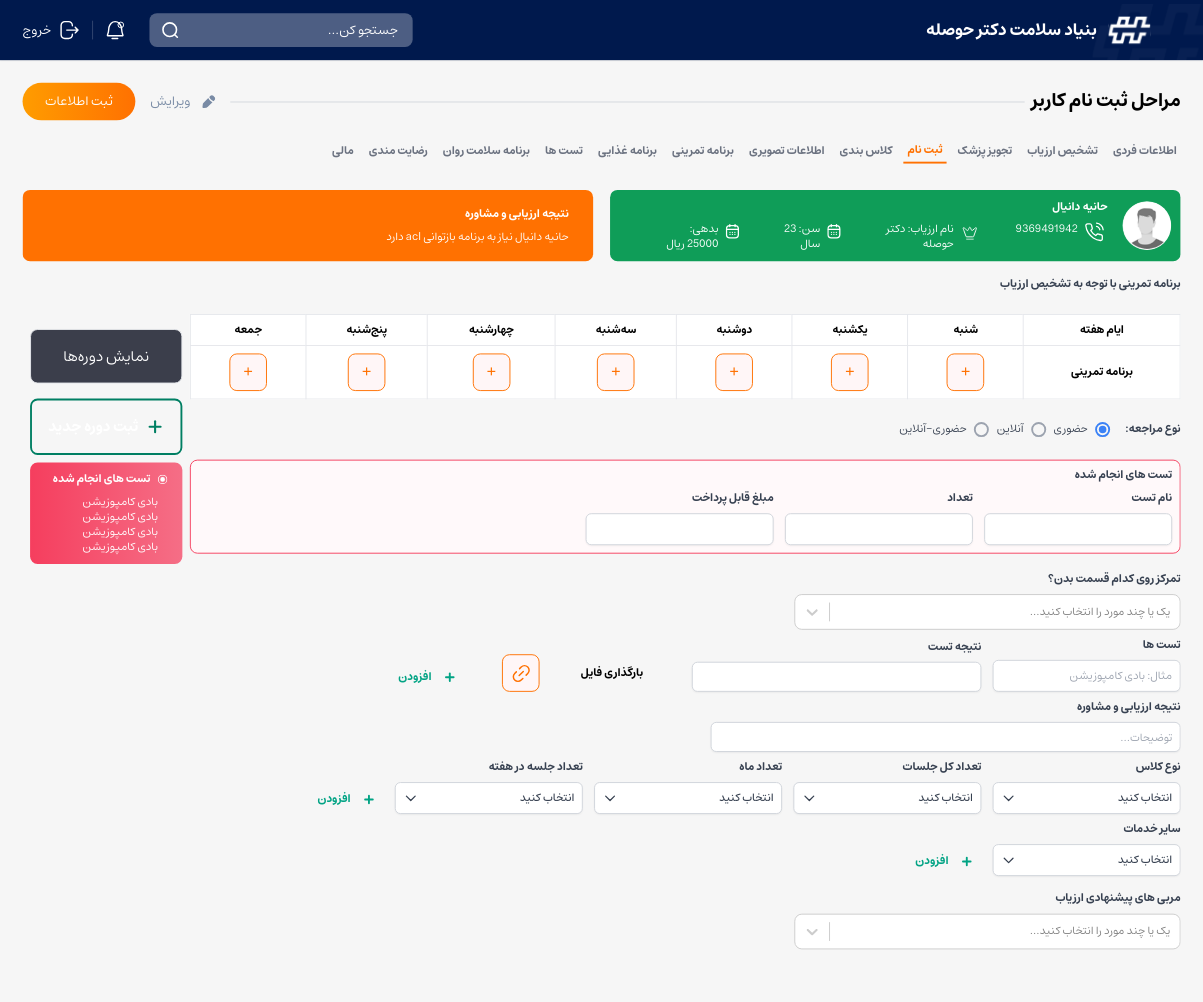
Repository: mirnajafi/ERP_hoseleh_V1.0
Page: /register, after clicking the first element matching `div.flex > :nth-child(4)`
An editor plug-in stored every save of this project. The page is shown before and after a run of saves, followed by the edit.
The browser window is 1280 px wide. The pictures show the whole page, at 94% of full size.
Some web fonts or font styles are not loaded; a fallback is used. The project was rebuilt for these pictures with package versions that can differ from the ones it lists, and the page was loaded fresh each time. The framework's server and built-in components were replaced by stand-ins that run in the browser. Also part of the build but not shown: next.config.mjs, src/components/icons/trash.tsx, src/components/weekTable/weekTable.css, src/components/icons/copy.tsx, src/components/recognitionEvaluator/recognitionEvaluator.tsx.

Above is the page before, as saved 2025-02-28 23:50:03.

After the next 2 saves:
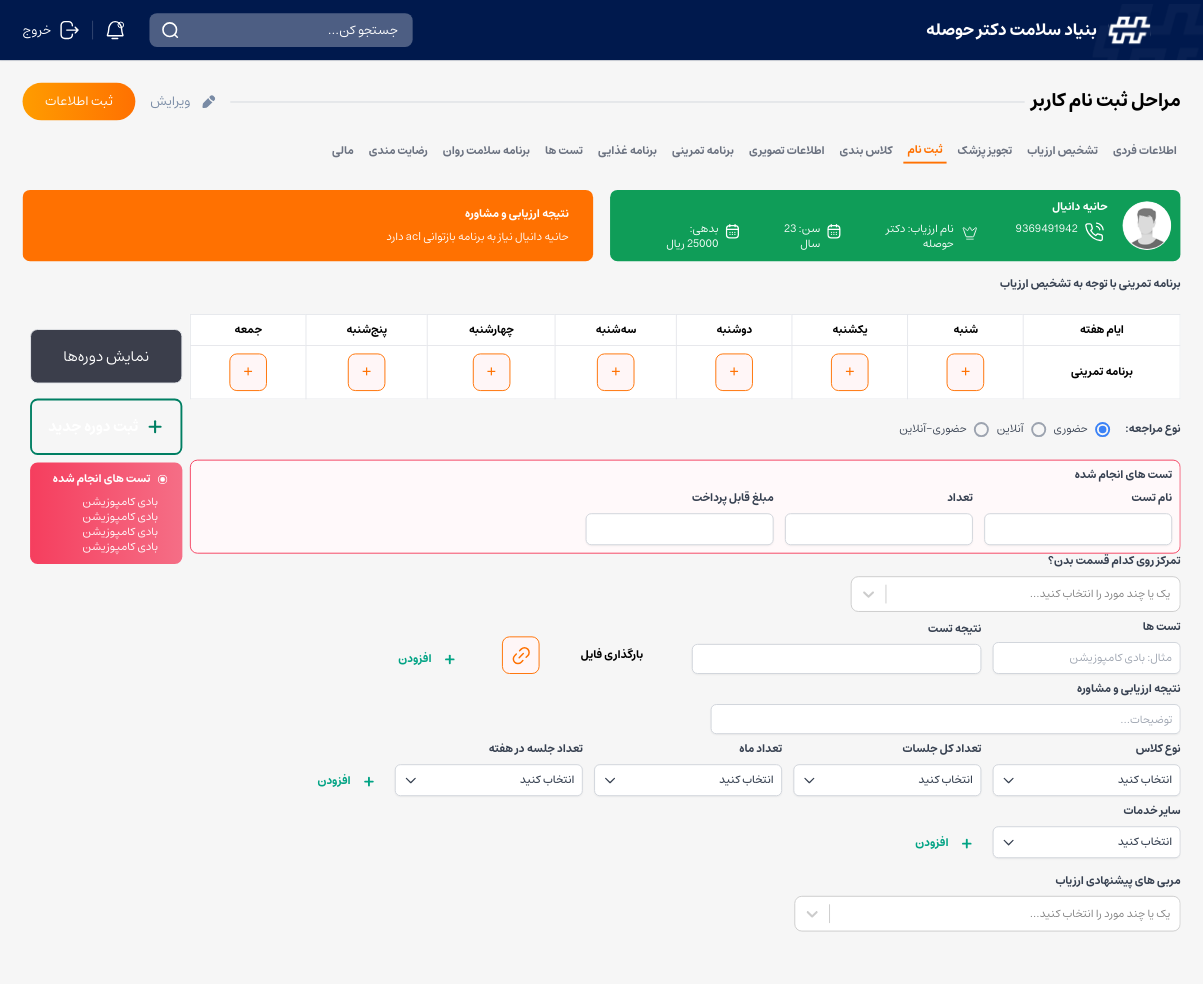
The 2 saves are shown as one change because they came seconds apart.
The last was saved 96 s later.
--- a/src/components/registration/registration.tsx
+++ b/src/components/registration/registration.tsx
@@ -109,17 +109,8 @@
                             />
                         </div>
                     </div>
-                </div>
-
-                <div className="w-1/6 p-2 flex flex-col">
-                    <button className="bg-[#3B3E4B] text-white p-4 w-full border rounded-[8px] my-2">نمایش دوره‌ها</button>
-                    <button className="bg-transparent text-[#007F63] text-white p-4 w-full border-2 border-[#007F63] rounded-[8px] flex items-center justify-center font-bold my-2"><PlusIcon width={20} height={20} /> ثبت دوره جدید</button>
-                    <LeftSideBox title={"تست های انجام شده"} test1={"بادی کامپوزیشن"} />
-                </div>
-            </div>
-
-
-            <div className="flex flex-col  w-ful xl:w-1/3">
+
+                    <div className="flex flex-col  w-ful xl:w-1/3">
                 <label className="mb-2 text-xs font-bold text-gray-700">تمرکز روی کدام قسمت بدن؟</label>
                 <Select
                     isMulti
@@ -148,6 +139,17 @@
                     }}
                 />
             </div>
+                </div>
+
+                <div className="w-1/6 p-2 flex flex-col">
+                    <button className="bg-[#3B3E4B] text-white p-4 w-full border rounded-[8px] my-2">نمایش دوره‌ها</button>
+                    <button className="bg-transparent text-[#007F63] text-white p-4 w-full border-2 border-[#007F63] rounded-[8px] flex items-center justify-center font-bold my-2"><PlusIcon width={20} height={20} /> ثبت دوره جدید</button>
+                    <LeftSideBox title={"تست های انجام شده"} test1={"بادی کامپوزیشن"} />
+                </div>
+            </div>
+
+
+
             <div className="flex flex-col xl:flex-row w-full xl:items-end xl:justify-right ">
                 <Input
                     label="تست ها"

After the 2 saves that followed:
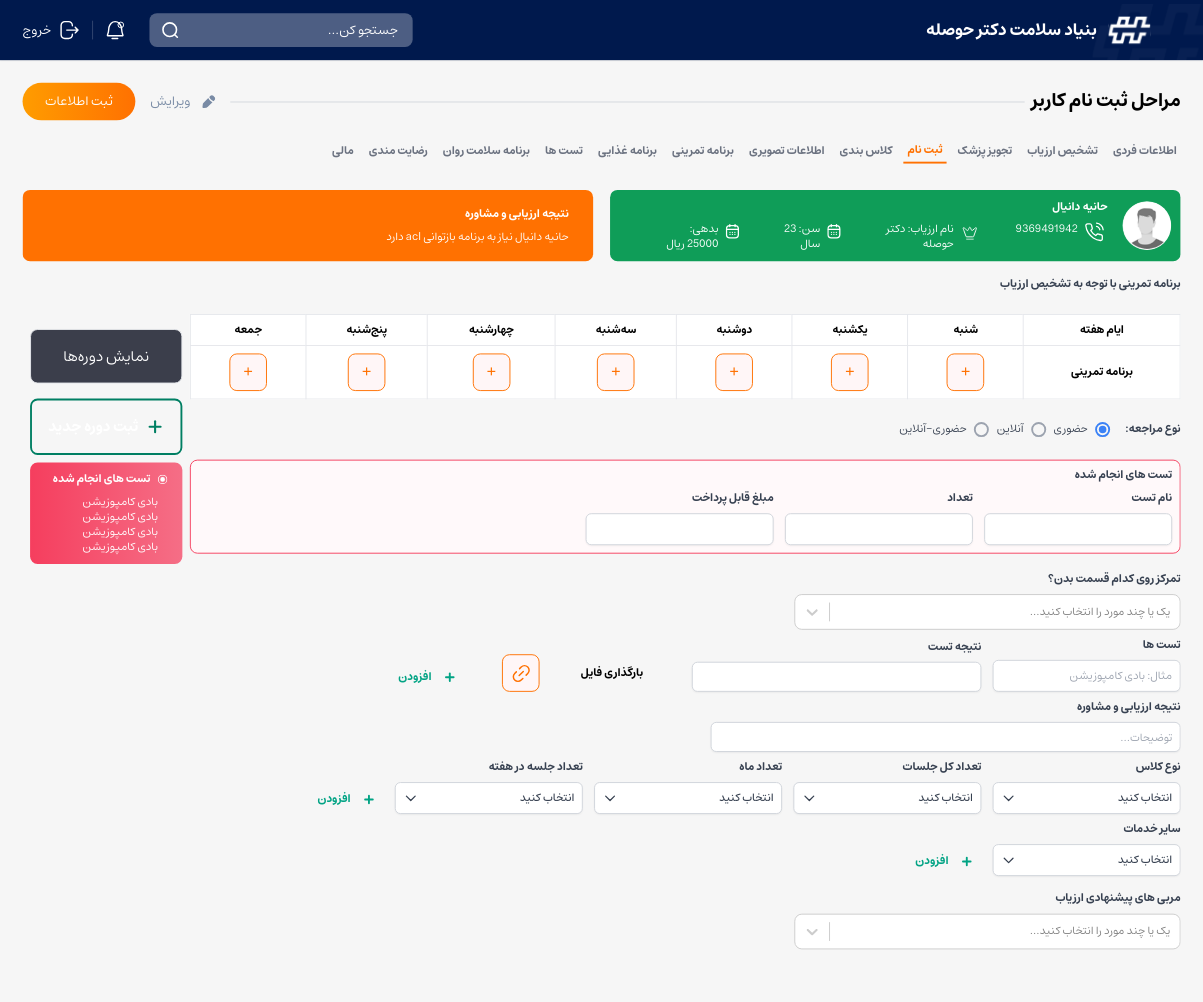
The 2 saves are shown as one change because they came seconds apart.
The last was saved 14 s later.
--- a/src/components/registration/registration.tsx
+++ b/src/components/registration/registration.tsx
@@ -109,8 +109,17 @@
                             />
                         </div>
                     </div>
-
-                    <div className="flex flex-col  w-ful xl:w-1/3">
+                </div>
+
+                <div className="w-1/6 p-2 flex flex-col">
+                    <button className="bg-[#3B3E4B] text-white p-4 w-full border rounded-[8px] my-2">نمایش دوره‌ها</button>
+                    <button className="bg-transparent text-[#007F63] text-white p-4 w-full border-2 border-[#007F63] rounded-[8px] flex items-center justify-center font-bold my-2"><PlusIcon width={20} height={20} /> ثبت دوره جدید</button>
+                    <LeftSideBox title={"تست های انجام شده"} test1={"بادی کامپوزیشن"} />
+                </div>
+            </div>
+
+
+            <div className="flex flex-col  w-ful xl:w-1/3">
                 <label className="mb-2 text-xs font-bold text-gray-700">تمرکز روی کدام قسمت بدن؟</label>
                 <Select
                     isMulti
@@ -139,17 +148,6 @@
                     }}
                 />
             </div>
-                </div>
-
-                <div className="w-1/6 p-2 flex flex-col">
-                    <button className="bg-[#3B3E4B] text-white p-4 w-full border rounded-[8px] my-2">نمایش دوره‌ها</button>
-                    <button className="bg-transparent text-[#007F63] text-white p-4 w-full border-2 border-[#007F63] rounded-[8px] flex items-center justify-center font-bold my-2"><PlusIcon width={20} height={20} /> ثبت دوره جدید</button>
-                    <LeftSideBox title={"تست های انجام شده"} test1={"بادی کامپوزیشن"} />
-                </div>
-            </div>
-
-
-
             <div className="flex flex-col xl:flex-row w-full xl:items-end xl:justify-right ">
                 <Input
                     label="تست ها"
